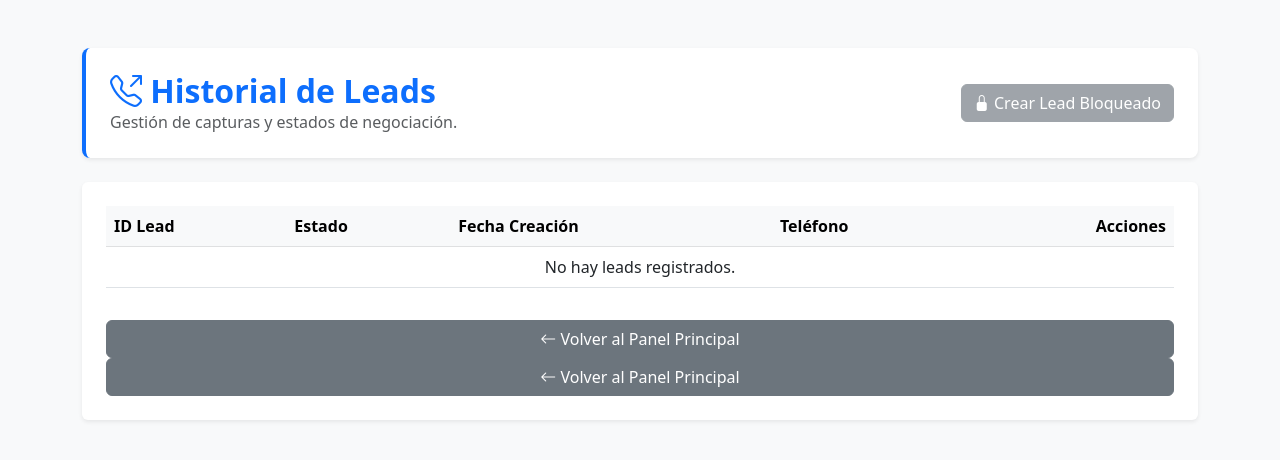
Repository: LuhizK/crm_ventas
Page: leads/templates/leads/listar_leads.html
These files come from the project's save history. The page is drawn as it stood at one moment and after the next save; the edit follows.
The browser window is 1280 px wide. The pictures show the whole page.
The template is drawn by Django 5.2. The application's start-up code is not run. The template is opened directly, without the code that normally fills it, so the values that code supplies are empty.

Above is the page before, as saved 2026-07-07 15:19:19.

After the next save:
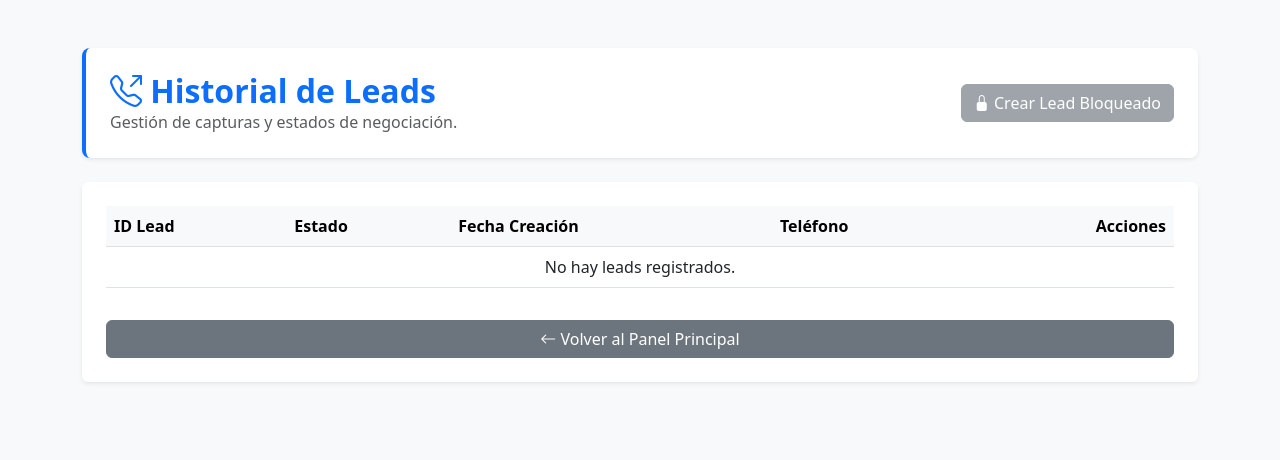
Saved 5 s later.
--- a/leads/templates/leads/listar_leads.html
+++ b/leads/templates/leads/listar_leads.html
@@ -56,8 +56,6 @@
             </table>
             <a href="{% url 'panel_control' %}" class="btn btn-secondary mt-3">
                 <i class="bi bi-arrow-left"></i> Volver al Panel Principal
-            <a href="{% url 'panel_control' %}" class="btn btn-secondary">
-                    <i class="bi bi-arrow-left"></i> Volver al Panel Principal
             </a>
         </div>
     </div>
